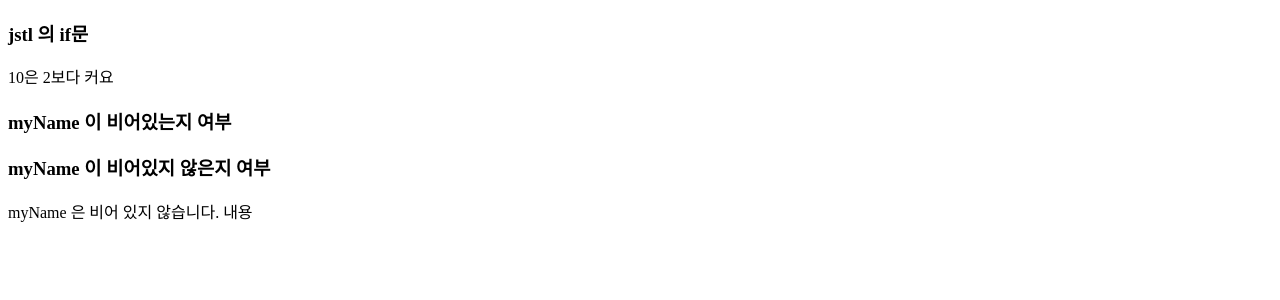
Repository: hyunhee7/web_work
Page: http://localhost/Step17_JSTL/jstl/test02.jsp
The author's editor kept a copy of each file at every save. The page is drawn from the files as they stood at one save, then again after the next save.
The browser window is 1280 px wide. The pictures show the whole page.
The page is served by Tomcat 9.

Above is the page before, as saved 2017-07-12 06:42:18.

### Step17_JSTL/WebContent/jstl/test02.jsp
<%@ page language="java" contentType="text/html; charset=UTF-8"
    pageEncoding="UTF-8"%>
<%@taglib uri="http://java.sun.com/jsp/jstl/core"  prefix="c"%>
<!DOCTYPE html PUBLIC "-//W3C//DTD HTML 4.01 Transitional//EN" "http://www.w3.org/TR/html4/loose.dtd">
<html>
<head>
<meta http-equiv="Content-Type" content="text/html; charset=UTF-8">
<title>/jstl/test02.jsp</title>
</head>
<body>
<h3>jstl 의 if문</h3>
<c:if test="${10 gt 2 }">
	<p>10은 2보다 커요</p>
</c:if>
<c:if test="${10 lt 2 }">
	<p>10은 2보다 작아요</p>
</c:if>
<% request.setAttribute("myName", " "); %>
<h3>myName 이 비어있는지 여부</h3>
<c:if test="${empty myName }">
	<p>myName 을 찾을 수가 없습니다. (비어있음)</p>
</c:if>

<h3>myName 이 비어있지 않은지 여부</h3>
<c:if test="${not empty myName }">
	<p>myName 은 비어 있지 않습니다. 내용<strong>${myName }</strong></p>
</c:if>
</body>
</html>

After the next save:
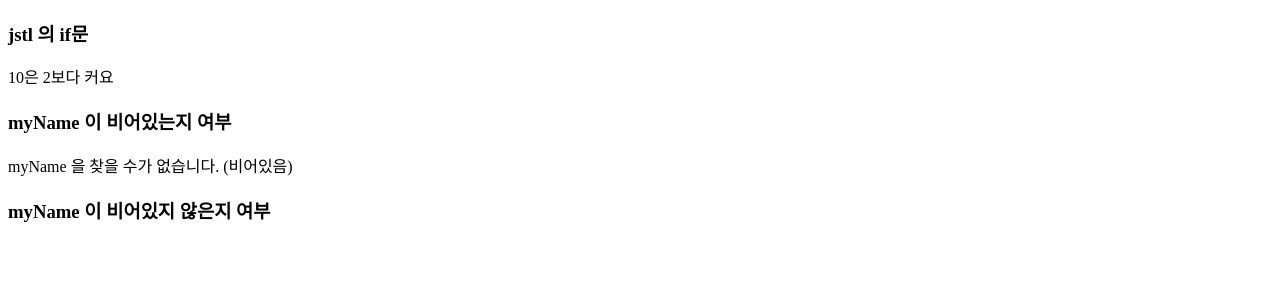
Saved 14 s later.
--- a/Step17_JSTL/WebContent/jstl/test02.jsp
+++ b/Step17_JSTL/WebContent/jstl/test02.jsp
@@ -15,7 +15,7 @@
 <c:if test="${10 lt 2 }">
 	<p>10은 2보다 작아요</p>
 </c:if>
-<% request.setAttribute("myName", " "); %>
+<% request.setAttribute("myName", ""); %>
 <h3>myName 이 비어있는지 여부</h3>
 <c:if test="${empty myName }">
 	<p>myName 을 찾을 수가 없습니다. (비어있음)</p>
